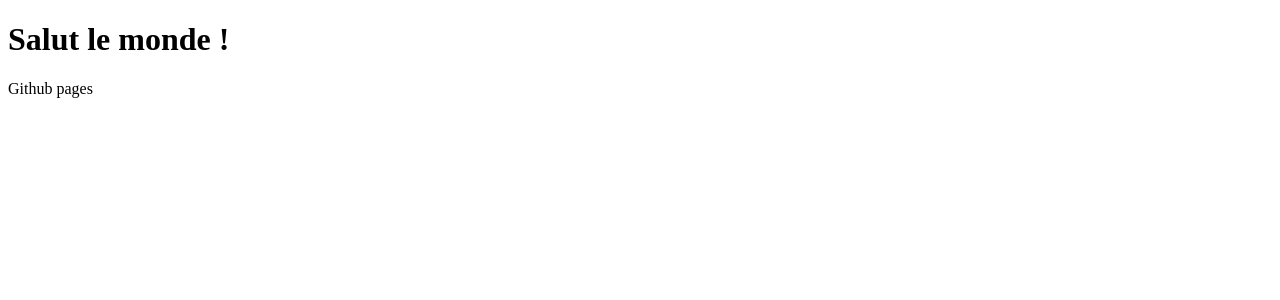
Repository: CarmenFerlatte/demoGithubPages
Page: index.html
These files come from the project's save history. The page is drawn as it stood at one moment and after the next save; the edit follows.
The browser window is 1280 px wide. The pictures show the whole page.

Above is the page before, as saved 2024-08-08 22:39:56.

After the next save:
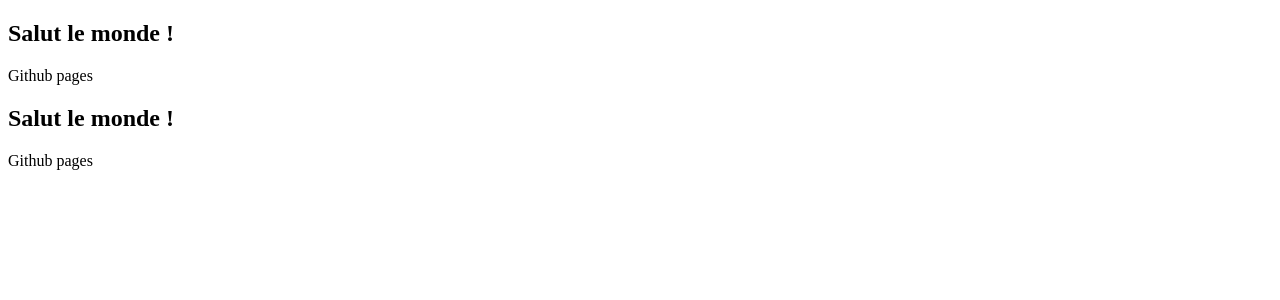
Saved 7 s later.
--- a/index.html
+++ b/index.html
@@ -7,7 +7,9 @@
 </head>
 <body>
     <main>
-
+        <section class="container">
+            <h1>Salut le monde !</h1>
+            <p>Github pages</p>
     <h1>Salut le monde !</h1>
     <p>Github pages</p>
     </main>
